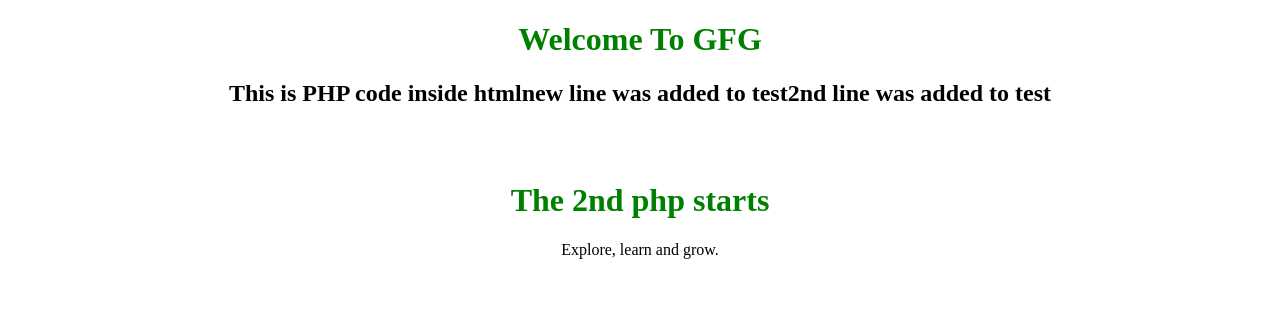
Repository: Ashwin1510/php_projectgh
Page: http://localhost/example.php
The author's editor kept a copy of each file at every save. The page is drawn from the files as they stood at one save, then again after the next save.
The browser window is 1280 px wide. The pictures show the whole page.
The page is run by PHP 8.4 with error messages shown; the project is at /var/www/html/.

Above is the page before, as saved 2022-12-14 11:12:35.

After the next save:
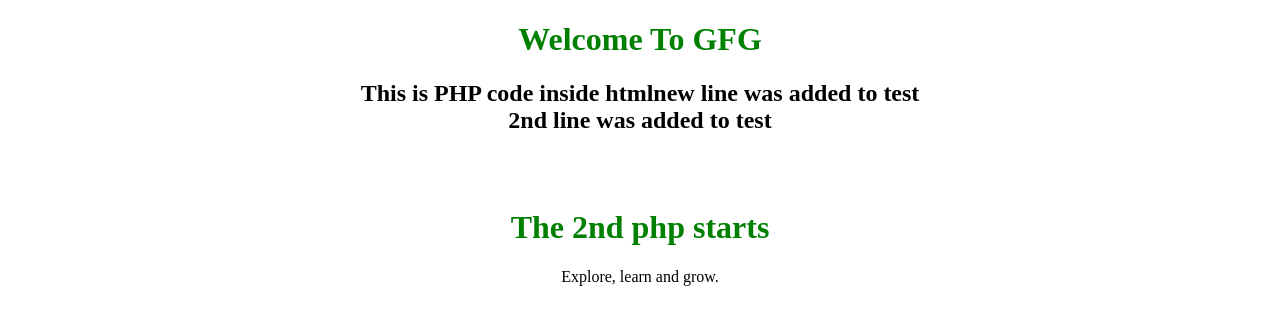
Saved 5 s later.
--- a/example.php
+++ b/example.php
@@ -16,7 +16,7 @@
 		<h2>
 			<?php
 			 echo "This is PHP code inside html";
-             echo  "new line was added to test";
+             echo  "new line was added to test<br>";
 			 echo  "2nd  line was added to test<br>";
 			 echo "<br><br>"
 
